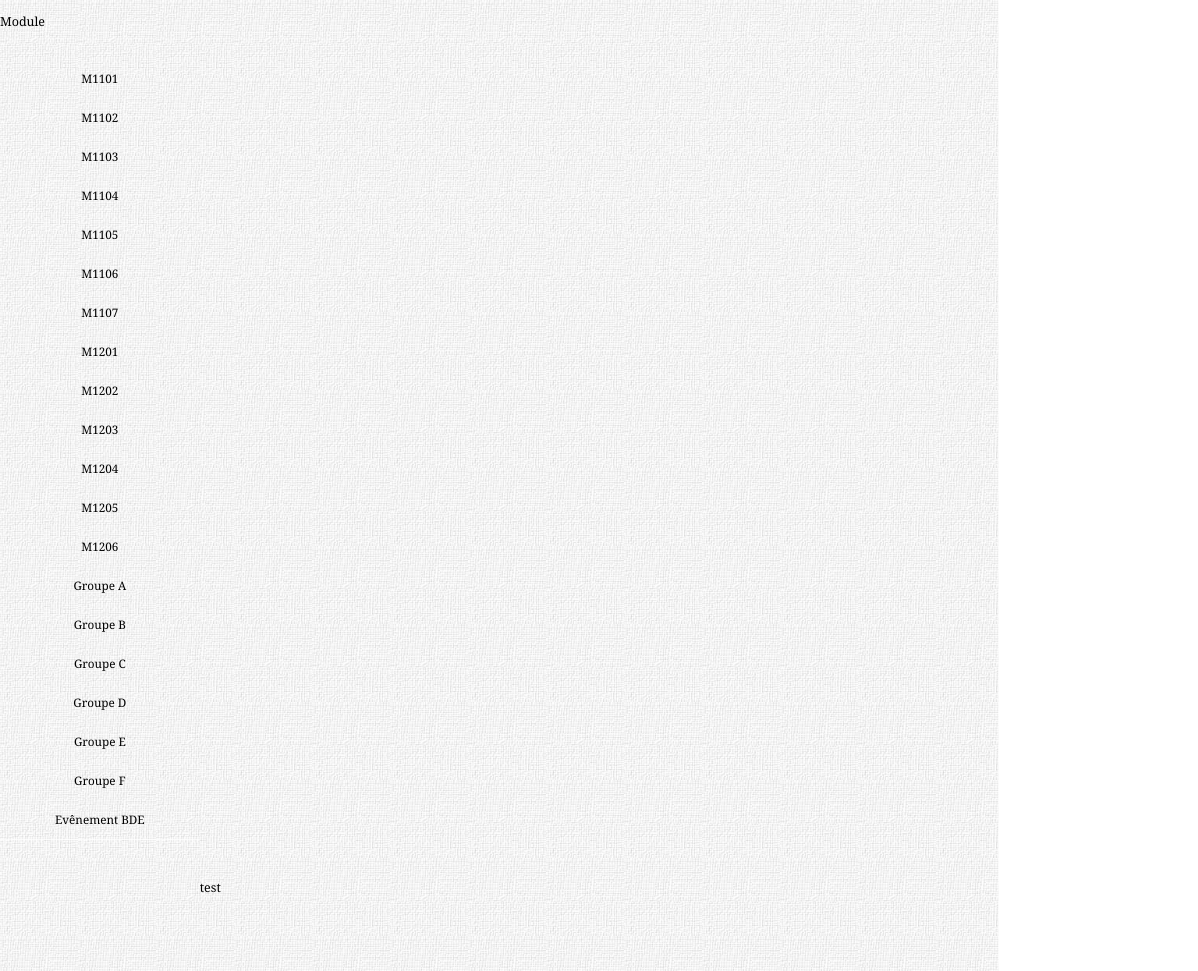
Repository: ValentinArg/PETUT
Page: http://localhost/PETUT/WEB-INF/jsp/eleve/semestre1.jsp
An editor plug-in stored every save of this project. The page is shown before and after the next save, followed by the edit.
The browser window is 1280 px wide. The page is 1280 px wide, then 1536 px, so the pictures cover 1536 px, including what lies to the right of the window. The pictures show the whole page, at 78% of full size.
After loading, the first visible `#boutonHautBas` was clicked once.
Some web libraries are served in a nearby version. The page is served by Tomcat 9. Nobody is signed in. Other server files are loaded and not shown. The template is opened directly, without the code that normally fills it, so the values that code supplies are empty.

Above is the page before, as saved 2016-10-02 10:55:06.

### PETUT/WebContent/WEB-INF/jsp/eleve/semestre1.jsp
<%@ page language="java" contentType="text/html; charset=ISO-8859-1"
    pageEncoding="ISO-8859-1"%>
<!DOCTYPE html PUBLIC "-//W3C//DTD HTML 4.01 Transitional//EN" "http://www.w3.org/TR/html4/loose.dtd">
<html>
<head>
<meta http-equiv="Content-Type" content="text/html; charset=ISO-8859-1">
<link rel ="stylesheet" href = "/PETUT/css/main.css"/>
<link rel ="stylesheet" href = "/PETUT/css/allSemestres.css"/>
<title>Insert title here</title>
</head>
<body>

	<jsp:include page="../enTete.jsp"/>
	<div class="navigation" id="navigation">
		<ul>
			<li class="parent" id="parent1"><p class="module">M1101</p></li>
			<li class="parent" id="parent2"><p class="module">M1102</p></li>
			<li class="parent" id="parent1"><p class="module">M1103</p></li>
			<li class="parent" id="parent2"><p class="module">M1104</p></li>
			<li class="parent" id="parent1"><p class="module">M1105</p></li>
			<li class="parent" id="parent2"><p class="module">M1106</p></li>
			<li class="parent" id="parent1"><p class="module">M1107</p></li>
			<li class="parent" id="parent2"><p class="module">M1201</p></li>
			<li class="parent" id="parent1"><p class="module">M1202</p></li>
			<li class="parent" id="parent2"><p class="module">M1203</p></li>
			<li class="parent" id="parent1"><p class="module">M1204</p></li>
			<li class="parent" id="parent2"><p class="module">M1205</p></li>
			<li class="parent" id="parent1"><p class="module">M1206</p></li>
			<li class="parent" id="parent1"><p class="module">Groupe A</p></li>
			<li class="parent" id="parent2"><p class="module">Groupe B</p></li>
			<li class="parent" id="parent1"><p class="module">Groupe C</p></li>
			<li class="parent" id="parent2"><p class="module">Groupe D</p></li>
			<li class="parent" id="parent1"><p class="module">Groupe E</p></li>
			<li class="parent" id="parent2"><p class="module">Groupe F</p></li>
			<li class="parent" id="parent1"><p class="module">Evênement BDE</p></li>

		</ul>

	</div>
	<div class="conteneurGeneral" id="conteneurGeneral">
		test
	</div>
	<script type="text/javascript">

		var haut = false
		function slideUp(){

			if(!haut){
				$('#navigation').animate({ top: "-=100%"}, 200 );
				haut = true;
			}else{
				$('#navigation').animate({ top: "+=100%"}, 200 );
				haut = false;
			}
		}



		$( '#boutonHautBas' ).click(function(){
			slideUp()});
	</script>
</body>
</html>

### PETUT/WebContent/WEB-INF/jsp/enTete.jsp
<%@ page language="java" contentType="text/html; charset=ISO-8859-1"
    pageEncoding="ISO-8859-1"%>
<!DOCTYPE html PUBLIC "-//W3C//DTD HTML 4.01 Transitional//EN" "http://www.w3.org/TR/html4/loose.dtd">
<html>
<head>
	<meta http-equiv="Content-Type" content="text/html; charset=ISO-8859-1">
	<title>Insert title here</title>
	<link rel ="stylesheet" href = "/PE2I/css/main.css"/>
	<script src="https://code.jquery.com/jquery-1.12.4.js"></script>
  	<script src="https://code.jquery.com/ui/1.12.1/jquery-ui.js"></script>

</head>
<body>
	<div class=enTete>
		<p class="boutonHautBas" id="boutonHautBas">Module</p>
		<ul class="nav" id="nav">
			<c:forEach var="forum" items="${listeForum}">
				<li class=" partie"><a class="forum" id="${forum.id}"><c:out value="${forum.nom}"/></a></li>
			</c:forEach>
			<!-- <li class="partie" id="banniere"><a>PETUT</a></li>-
			<li class=" partie"><a class="forum" id="1">Cours</a></li>
			<li class="partie"><a class="forum" id="2">Travaux Dirigées</a></li>
			<li class="partie"><a class="forum" id="3">Travaux Pratiques</a></li>
			<li class="partie"><a class="forum" id="4">Partiels</a></li>
			<li class="partie"><a>Mon Compte</a></li>-->
		</ul>
	</div>

</body>
</html>

### PETUT/WebContent/css/main.css
@CHARSET "ISO-8859-1";

@CHARSET "UTF-8";
/* Général ------------------------------------------------------------------------------------- */

html {
  height: 100%;
  box-sizing: border-box;
}

*,
*:before,
*:after {
  box-sizing: inherit;
}

body {
	background-image : url(../images/fond.jpg);
	position: relative;
 	margin: 0;
  padding-bottom: 6rem;
  min-height: 100%;
}

body,p,legend, label, input {
    font: normal 8pt;
    font-family:  Georgia, serif;
}

header img {
	width:470px;
	display:inline;
}
header .logoiut{
	height:135px;
	width:215px;
}
header{

	height:135px;
	margin-left:auto;
	margin-right:auto;
	background-image : url(../images/fondbanniere.jpg);
	width:85%;
	min-width:880px;
}
nav {
	width:85%;
	min-width:880px;
	margin-left:auto;
	margin-right:auto;
	text-align:left;

}
.general{
	width:85%;
	min-width:880px;
	margin-left:auto;
	margin-right:auto;
	background-image:url(../images/fondgeneral.jpg);
	padding-top:30px;
	padding-bottom:10px;
	min-height:69vh;
	margin-bottom:-24px;
}
footer {
	width:85%;
	min-width:880px;
	margin-left:auto;
	margin-right:auto;
	font-size:80%;
	position: absolute;
  	right: 0;
  	bottom: 0;
  	left: 0;
  	padding: 1rem;
  	margin-top:0;
	background-image:url(../images/fondgeneral.jpg);
}

### PETUT/WebContent/css/allSemestres.css
.parent{

	list-style:none;
	font-size:15px;
	cursor:pointer;
	width:100%;
	display:inline-block;

}

.navigation ul{
	width:100%;
	display:inline-block;

}




ul{
	margin:0;
	padding:0;
}

.ue {

	border-top:solid 1px white;
	display:block;
	padding:10px;
	text-align:center;
	background-color:#4CAF50;
	margin:0;
}

.ue:hover{
	color:white;
}

.module p{

	border:none;
	border-bottom:solid 1px white;
	display: block;
	padding:10px;
	text-align:center;
	background-color:#333;
	margin:0;


}

.module p:hover{
	color:white;
	cursor:pointer;
}

.semestres{
	background-color:#4CAF50;

}

a{
	cursor:pointer;
}





body{

	margin:0;
	padding:0;
}



.navigation{

	display:inline-block;
	list-style : none;
	margin:0;
	padding:0;
	position: relative;
	z-index:5;
	width:20%;
	border-bottom:solid 1px white;
	text-align:center;
	height:95.5%;
	max-height:95.3%;
	overflow: auto;


}

.conteneurGeneral{
	text-align:justify;
	display:inline-block;
	height:100%;
	position:relative;
	width: 80%;
	margin:0;
	margin-left:20%;
	padding:0;
	margin-top:50px;
	vertical-align:top;

}

.selection{
	display:block;
	vertical-align:top;
	list-style : none;
	margin:0;
	background: Grey;
	z-index:5;
	height:4.7%;
	border-bottom:solid 1px white;
	text-align: center;

}



.type {
	display: inline-block;
	padding:8px;
	font-size:20px;
	height:20px;
	vertical-align:top;
	width:20%;

}

.type p {
	margin:0;
	padding:0;
	color:white;
	cursor:pointer;
}

.type:hover{
	background:#333;

}

.tableauTopic{
	text-align: center;
	position:relative;
	display:block;

}

After the next save:
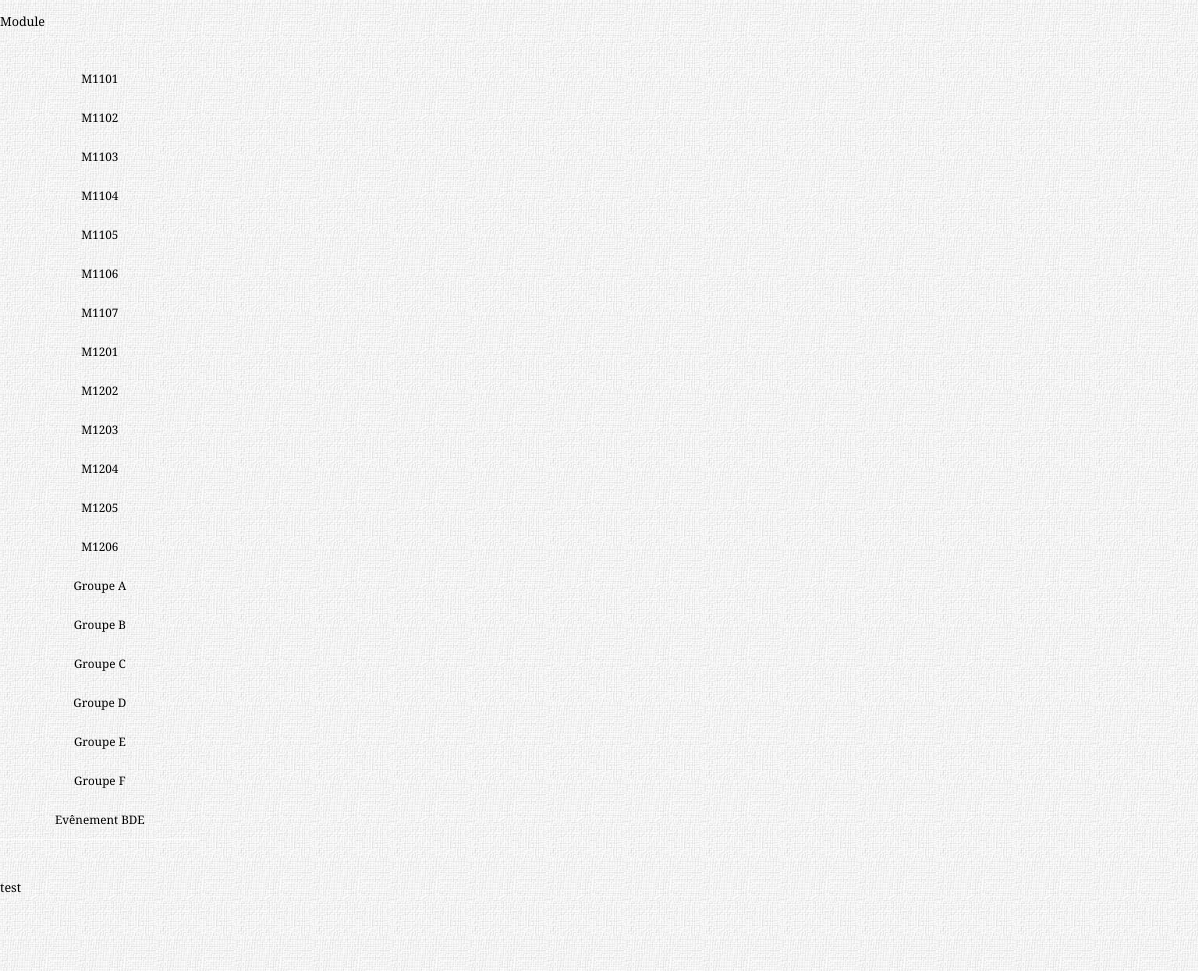
Saved 23 s later.
--- a/PETUT/WebContent/WEB-INF/jsp/eleve/semestre1.jsp
+++ b/PETUT/WebContent/WEB-INF/jsp/eleve/semestre1.jsp
@@ -44,17 +44,37 @@
 
 		var haut = false
 		function slideUp(){
-
 			if(!haut){
 				$('#navigation').animate({ top: "-=100%"}, 200 );
+				//document.getElementById('conteneurGeneral').style.marginLeft="0px"
+				if($('#navigation').is(':animated')){
+					checkAnimate();
+				}
 				haut = true;
 			}else{
-				$('#navigation').animate({ top: "+=100%"}, 200 );
+				$('#conteneurGeneral').animate({ "left": "+=20%","width": "-=20%" }, 200 );
+				if($('#conteneurGeneral').is(':animated')){
+					checkAnimate();
+				}
 				haut = false;
 			}
 		}
 
+		function checkAnimate() {
+            if( $( '#navigation' ).is( ':animated' ) ||  $( '#conteneurGeneral' ).is( ':animated' )) {
+                setTimeout(function() {
+                    checkAnimate();
+                }, 0 );
+            }else{
+            	if(haut){
+            		$('#conteneurGeneral').animate({ "left": "-=20%","width": "+=20%" }, 200 );
+            	}
+            	else{
+            		$('#navigation').animate({ top: "+=100%"}, 200 );
 
+            	}
+            }
+        }
 
 		$( '#boutonHautBas' ).click(function(){
 			slideUp()});
